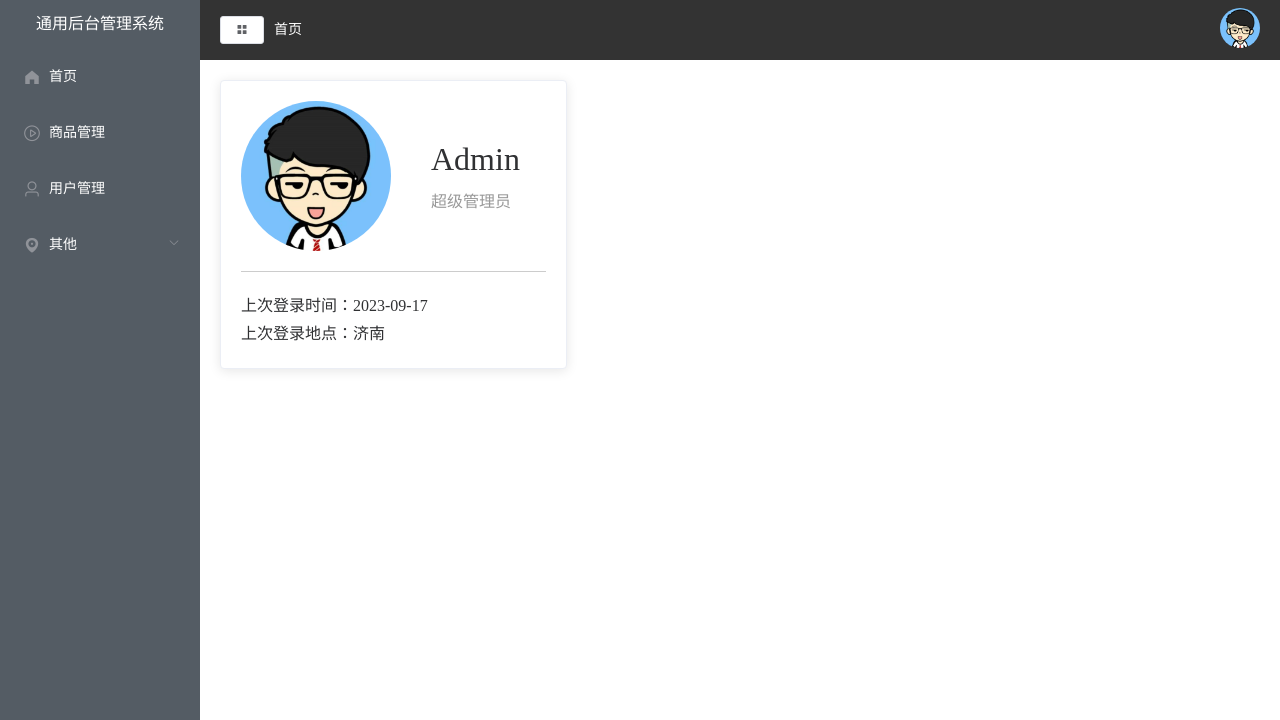
Repository: Francis200214/my-app
Page: /
The author's editor kept a copy of each file at every save. The page is drawn from the files as they stood at one save, then again after a run of saves.
The browser window is 1280 px wide. The pictures show the whole page.
The project was rebuilt for these pictures with package versions that can differ from the ones it lists, and the page was loaded fresh each time. Also part of the build but not shown: vue.config.js, src/views/User.vue, src/views/Mall.vue, src/views/other/PageOne.vue, src/views/other/PageTwo.vue.

Above is the page before, as saved 2023-05-22 21:34:14.

### src/main.js
import Vue from 'vue'
import App from './App.vue'
import ElementUI from 'element-ui'

// ElementUI 按需引入
// import { Button,Row } from 'element-ui'


import 'element-ui/lib/theme-chalk/index.css'
// Vue-Router
import router from './router'
// Vuex
import store from './store'


Vue.config.productionTip = false

// 全局引入Element UI
Vue.use(ElementUI);


// 按需引入Element UI
// Vue.use(Row);
// Vue.use(Button);


new Vue({
  router,
  store,
  render: h => h(App),
}).$mount('#app')

### src/App.vue
<template>
  <div id="app">
    <router-view></router-view>
  </div>
</template>

<style lang="less">
  html,body,h3,p {
    margin: 0;
    padding: 0;
  }
</style>

<script>

export default {
  name: 'App'
}
</script>

### src/router/index.js
import Vue from 'vue'
import VueRouter from 'vue-router'

// 1、引入组件
import Main from '../views/Main.vue'
import Home from '../views/Home.vue'
import User from '../views/User.vue'
import Mall from '../views/Mall.vue'
import PageOne from '../views/other/PageOne.vue'
import PageTwo from '../views/other/PageTwo.vue'

// 引入Vue-Router
Vue.use(VueRouter);

// 2、路由与组件映射
const routes = [
    {
        path: '/',
        component: Main,
        // redirect 表示重定向，当路径是 / 的时候就重定向某个路由
        redirect: '/home',
        children: [
            { path: 'home', component: Home }, // 首页
            { path: 'user', component: User }, // 用户管理
            { path: 'mall', component: Mall }, // 商品管理
            { path: 'page1', component: PageOne }, // 页面一
            { path: 'page2', component: PageTwo }, // 页面二
        ]
    }

]

// 3、创建Router实例
const router = new VueRouter({
    routes // (缩写) 相当于 routes: routes
})

// 4、将 router 暴露
export default router

### src/store/index.js
import Vue from 'vue'
import Vuex from 'vuex'
import tab from './tab'

Vue.use(Vuex)


// 创建 Vuex 的实例
// 对外暴露
export default new Vuex.Store({
    modules: {
        tab
    }
})

### src/views/Main.vue
<template>
    <div>
        <el-container>
            <el-aside width="auto">
                <common-aside />
            </el-aside>
            <el-container>
                <el-header>
                    <common-header />
                </el-header>
                <el-main>
                    <router-view></router-view>
                </el-main>
            </el-container>
        </el-container>
    </div>
</template>
<style lang="less" scoped>
.el-header {
    padding: 0;
}
</style>
<script>
import CommonAside from '../components/CommonAside.vue'
import CommonHeader from '../components/CommonHeader.vue'


export default {
    data() {
        return {}
    },
    components: {
        CommonAside,
        CommonHeader
    }
}
</script>

### src/views/Home.vue
<template>
    <el-row>
        <el-col :span="8">
            <el-card class="box-card">
                <div class="user">
                    <img src="../assets/images/user.png" alt="">
                    <div class="userinfo">
                        <p class="name">Admin</p>
                        <p class="access">超级管理员</p>
                    </div>
                </div>

                <div class="login-info">
                    <p>上次登录时间：<span>2023-09-17</span></p>
                    <p>上次登录地点：<span>济南</span></p>
                </div>
            </el-card>
        </el-col>

        <el-col :span="16">
            <div class="grid-content bg-purple-light"></div>
        </el-col>
    </el-row>
</template>

<style lang="less" scoped>
.user {
    display: flex;
    // flex 布局中 主轴垂直居中
    align-items: center;
    padding-bottom: 20px;
    margin-bottom: 20px;
    border-bottom: 1px solid #ccc;

    img {
        width: 150px;
        height: 150px;
        border-radius: 50%;
        margin-right: 40px;
    }

    .userinfo {
        .name {
            font-size: 32px;
            margin-bottom: 10px;
        }

        .access {
            color: #999999;
        }
    }
}

.login-info {
    line-height: 28px;
    font-size: ;
}
</style>

<script>
export default {
    data() {
        return {}
    }
}
</script>

### src/store/tab.js
export default {
    state: {
        isCollapse: false // 用于控制菜单的展开或收起
    },
    mutations: {
        // 修改菜单展开或者收起的方法
        collapseMenu(state) {
            state.isCollapse = !state.isCollapse
        }
    }
}

### src/components/CommonAside.vue
<template>
    <div>
        <el-menu default-active="1-4-1" class="el-menu-vertical-demo" @open="handleOpen" @close="handleClose"
            :collapse="isCollapse" background-color="#545c64" text-color="#fff" active-text-color="#ffd04b">

            <h3>{{ isCollapse ? '后台' : '通用后台管理系统' }}</h3>

            <el-menu-item @click="clickMenu(item)" v-for="item in noChildren" :key="item.name" :index="item.name">
                <i :class="`el-icon-${item.icon}`"></i>
                <span slot="title">{{ item.label }}</span>
            </el-menu-item>

            <el-submenu v-for="item in hasChildren" :key="item.label" :index="item.label">
                <template slot="title">
                    <i :class="`el-icon-${item.icon}`"></i>
                    <span slot="title">{{ item.label }}</span>
                </template>
                <el-menu-item-group v-for="subItem in item.children" :key="subItem.path">
                    <el-menu-item @click="clickMenu(subItem)" :index="subItem.path">{{ subItem.label }}</el-menu-item>
                </el-menu-item-group>
            </el-submenu>
        </el-menu>
    </div>
</template>

<style lang="less" scope>
.el-menu-vertical-demo:not(.el-menu--collapse) {
    width: 200px;
    min-height: 400px;
}

.el-menu {
    height: 100vh;
    border-right: none;

    h3 {
        color: #fff;
        text-align: center;
        line-height: 48px;
        font-size: 16px;
        // 字体粗细
        font-weight: 400;
    }
}
</style>

<script>
export default {
    data() {
        return {
            menuData: [
                {
                    path: '/',
                    name: 'home',
                    label: '首页',
                    icon: 's-home',
                    url: 'Home/Home'
                },
                {
                    path: '/mall',
                    name: 'mall',
                    label: '商品管理',
                    icon: 'video-play',
                    url: 'MallManage/MallManage'
                },
                {
                    path: '/user',
                    name: 'user',
                    label: '用户管理',
                    icon: 'user',
                    url: 'UserManage/UserManage'
                },
                {
                    label: '其他',
                    icon: 'location',
                    children: [
                        {
                            path: '/page1',
                            name: 'page1',
                            label: '页面1',
                            icon: 'setting',
                            url: 'Other/PageOne'
                        },
                        {
                            path: '/page2',
                            name: 'page2',
                            label: '页面2',
                            icon: 'setting',
                            url: 'Other/PageTwo'
                        }
                    ]
                }
            ]
        };
    },
    methods: {
        handleOpen(key, keyPath) {
            console.log(key, keyPath);
        },
        handleClose(key, keyPath) {
            console.log(key, keyPath);
        },
        // 点击菜单
        clickMenu(item) {
            console.log(item)
            // 当页面的路由与我要跳转的路由不一致的时候才允许跳转
            if (this.$route.path !== item.path && !(this.$route.path === '/home' && (item.path === '/'))) {
                // 这里的this代表vue实例
                this.$router.push(item.path)
            }
        }
    },
    computed: {
        // 没有子菜单
        noChildren() {
            return this.menuData.filter(item => !item.children)
        },
        // 有子菜单
        hasChildren() {
            return this.menuData.filter(item => item.children)
        },
        isCollapse() {
            return this.$store.state.tab.isCollapse
        }
    }
}
</script>

### src/components/CommonHeader.vue
<template>
    <div class="header-container">
        <div class="l-content">
            <el-button @click="handleMenu" icon="el-icon-menu" size="mini"></el-button>
            <!-- 面包屑 -->
            <span class="text">首页</span>
        </div>
        <div class="r-content">
            <el-dropdown>
                <span class="el-dropdown-link">
                    <img class="user" src="../assets/images/user.png" alt="">
                </span>
                <el-dropdown-menu slot="dropdown">
                    <el-dropdown-item>个人中心</el-dropdown-item>
                    <el-dropdown-item>退出</el-dropdown-item>
                </el-dropdown-menu>
            </el-dropdown>
        </div>
    </div>
</template>
<style lang="less" scoped>
.header-container {
    padding: 0px 20px;
    background-color: #333;
    height: 60px;
    display: flex;
    // 将元素放到元素主轴的两端
    justify-content: space-between;
    align-items: center;

    .text {
        color: #fff;
        font-size: 14px;
        margin-left: 10px;
    }

    .r-content {
        .user {
            width: 40px;
            height: 40px;
            border-radius: 50%;
        }
    }
}
</style>
<script>
export default {
    data() {
        return {}
    },
    methods: {
        handleMenu() {
            this.$store.commit('collapseMenu')
        }
    }
}
</script>

Loaded but not shown: public/index.html (common file)

After the next 4 saves:
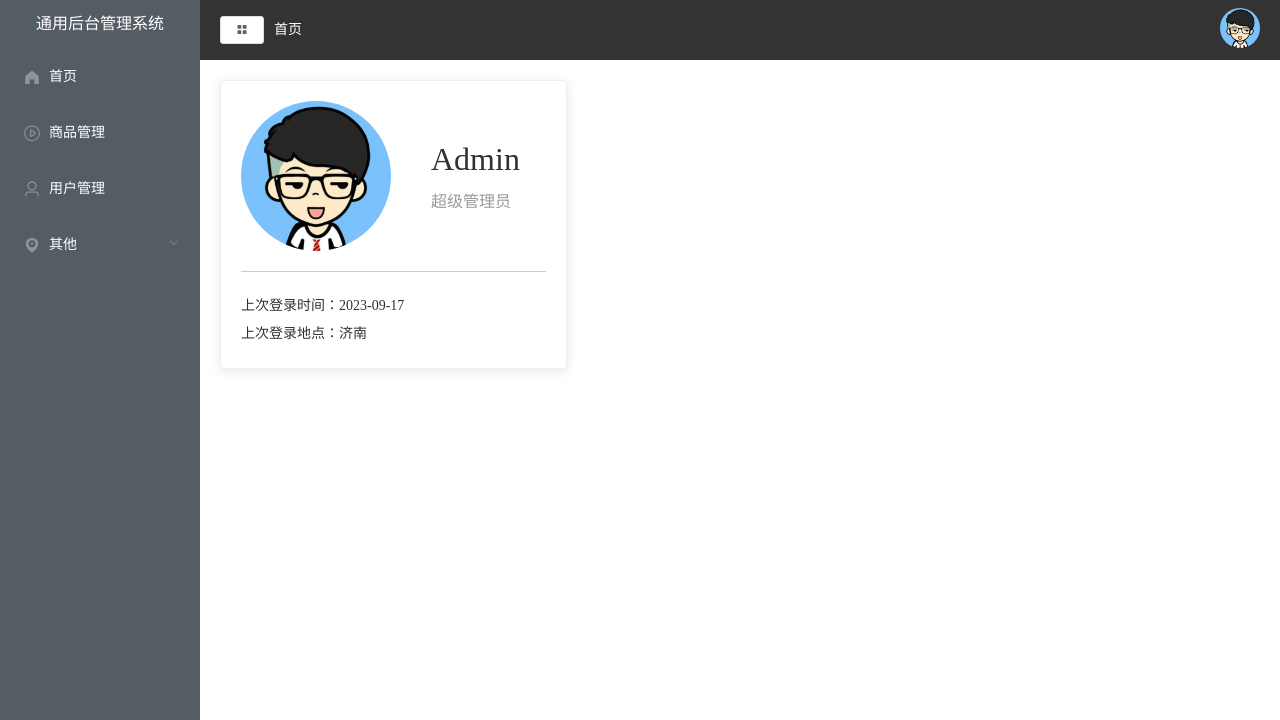
The 4 saves are shown as one change because they came seconds apart.
The last was saved 9 s later.
--- a/src/views/Home.vue
+++ b/src/views/Home.vue
@@ -53,7 +53,8 @@
 
 .login-info {
     line-height: 28px;
-    font-size: ;
+    font-size: 14px;
+    color: ;
 }
 </style>
 
